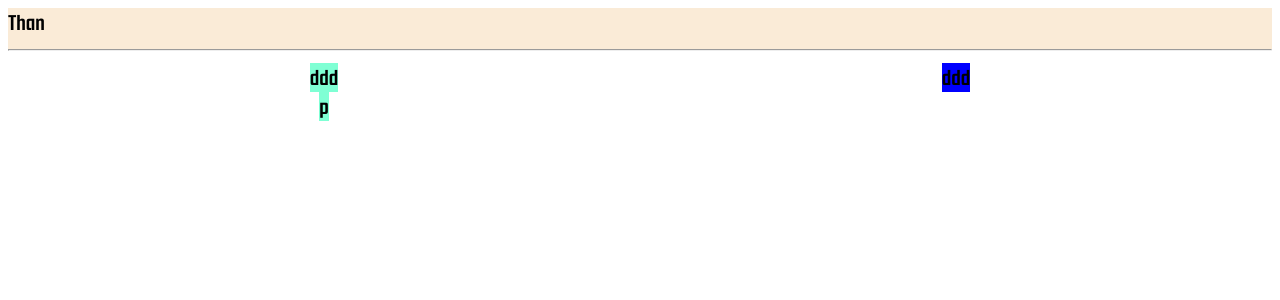
Repository: Than-dot/Than-dot
Page: index.html
These files come from the project's save history. The page is drawn as it stood at one moment and after the next save; the edit follows.
The browser window is 1280 px wide. The pictures show the whole page.

Above is the page before, as saved 2026-04-22 12:26:40.

After the next save:
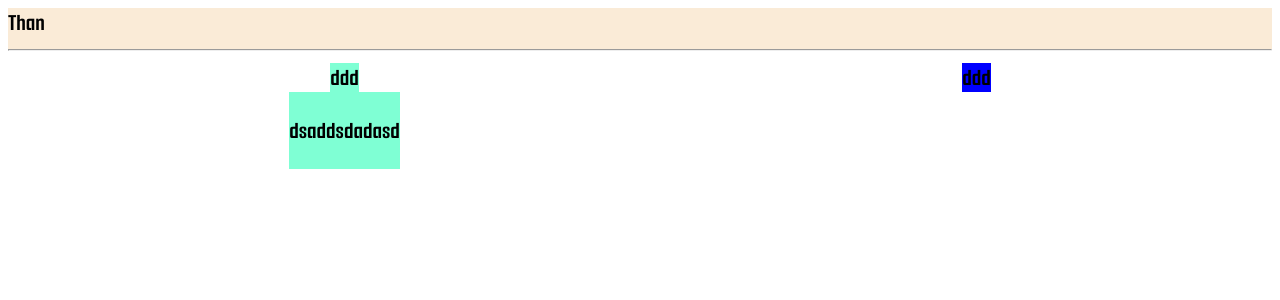
Saved 8 s later.
--- a/index.html
+++ b/index.html
@@ -16,7 +16,7 @@
     <main class="container">
       <article>ddd</article>
       <aside>ddd</aside>
-      <article class="stats">p</article>
+      <article class="stats"><p>dsaddsdadasd</p></article>
     </main>
   </body>
 </html>

After the 2 saves that followed:
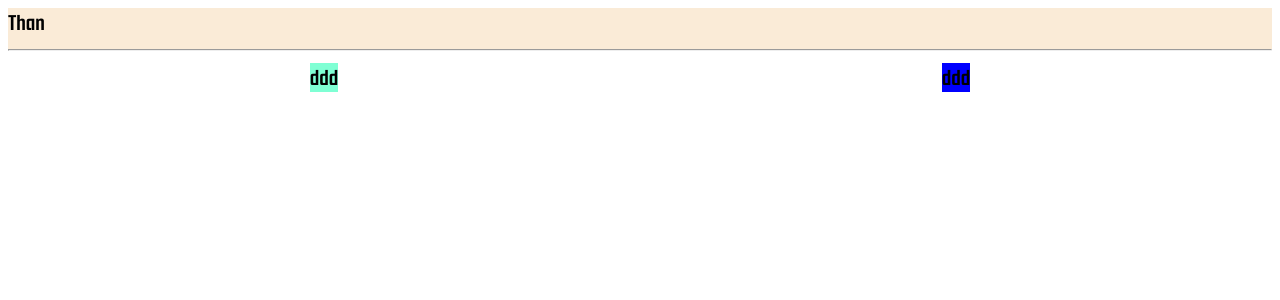
The 2 saves are shown as one change because 1 left the picture as it was.
The last was saved 33 s later.
--- a/index.html
+++ b/index.html
@@ -16,7 +16,7 @@
     <main class="container">
       <article>ddd</article>
       <aside>ddd</aside>
-      <article class="stats"><p>dsaddsdadasd</p></article>
+      <article class="stats"></article>
     </main>
   </body>
 </html>
--- a/styles/index.css
+++ b/styles/index.css
@@ -18,5 +18,5 @@ aside {
 }
 
 .stats {
-    : center;
+    text-align: center;
 }
